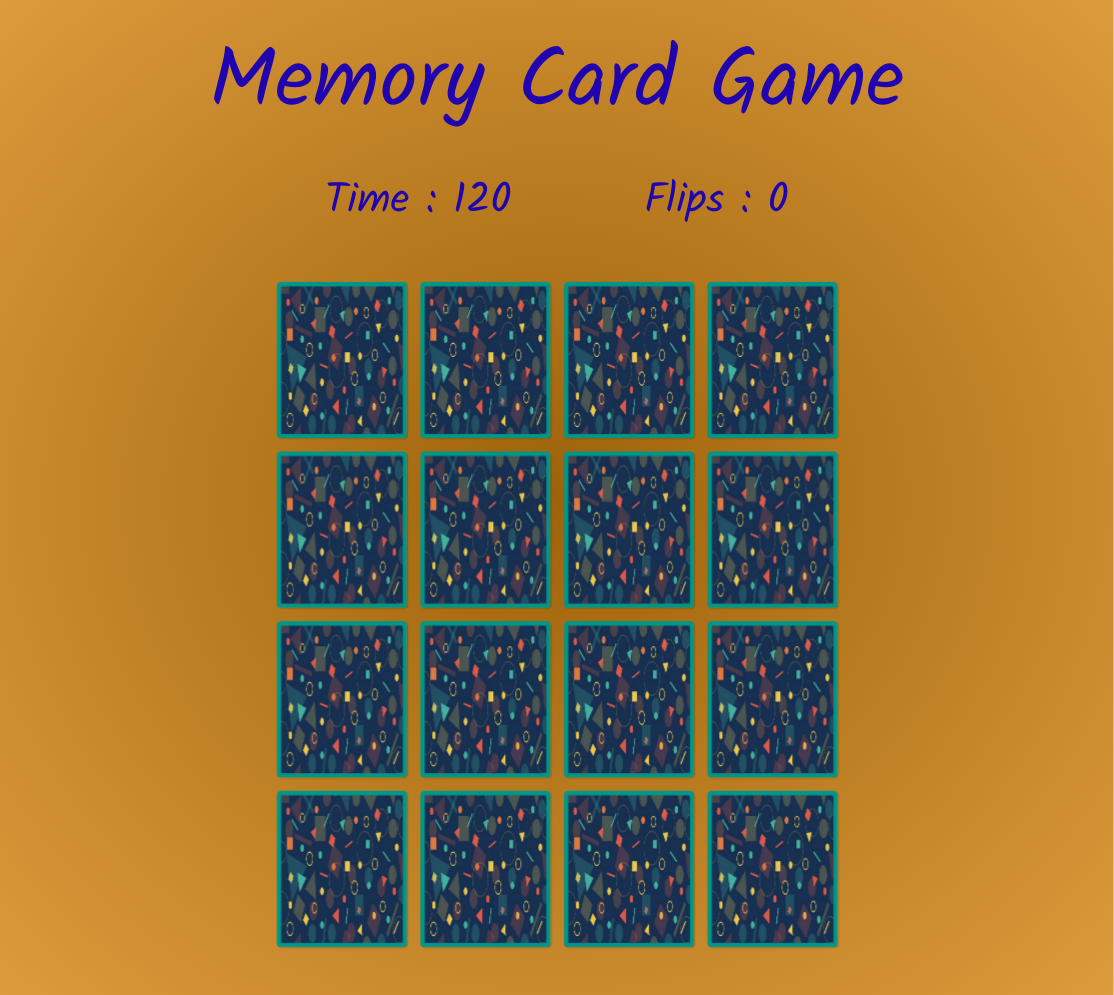
Repository: claudiadanaila1/Project-2--Interactive-FrontEnd---Memory-game
Page: index.html
The author's editor kept a record of every edit. The page is drawn from the files as they stood at one moment, then again after the next edit.
The browser window is 1280 px wide. The pictures show the whole page, at 87% of full size.

Above is the page before.

### index.html
<!DOCTYPE html>
<html lang="en">
<head>
    <meta charset="UTF-8">
    <meta name="viewport" content="width=device-width, initial-scale=1.0">
    <meta http-equiv="X-UA-Compatible" content="ie=edge">
    <link rel="stylesheet" href="css/style.css" type="text/css" />
    <title>Memory Card Game</title>
</head>
<body>
    <h1 class="title">Memory Card Game</h1>

    <div class="text-game ">Click to Start</div>
    <div class="text-game" id="game-over-text">Game Over
    <span class="text-game-restart">Click to Restart</span>
    </div>
    <div class ="text-game" id="victory-text">Congratulations you are a winner!
    <span class="text-game-restart">Click to Restart</span>
    </div>

    <div class="game-info-container">
      <div class="game-info">
        Time : <span id="time-remaining">120</span>
      </div>
      <div class="game-info">
        Flips : <span id="flips">0</span>
      </div>
    </div>

  <section class="memory-game-container">
      <div class="memory-card" data-card="jelly1">
          <img class="card-front" src="assets/images/jelly1.jpg" alt="jelly-fish"/>
          <img class="card-back"  src="assets/images/background1.jpg" alt="pattern" />
      </div>
      <div class="memory-card" data-card="jelly1">
          <img class="card-front" src="assets/images/jelly1.jpg" alt="jelly-fish"/>
          <img class="card-back"  src="assets/images/background1.jpg" alt="pattern" />
      </div>
      <div class="memory-card" data-card="jelly2">
          <img class="card-front" src="assets/images/jelly2.jpg" alt="jelly-fish"/>
          <img class="card-back"  src="assets/images/background1.jpg" alt="pattern" />
      </div>
      <div class="memory-card" data-card="jelly2">
          <img class="card-front" src="assets/images/jelly2.jpg" alt="jelly-fish"/>
          <img class="card-back"  src="assets/images/background1.jpg" alt="pattern" />
      </div>
      <div class="memory-card" data-card="jelly3">
          <img class="card-front" src="assets/images/jelly3.jpg" alt="jelly-fish"/>
          <img class="card-back"  src="assets/images/background1.jpg" alt="pattern" />
      </div>
      <div class="memory-card" data-card="jelly3">
          <img class="card-front" src="assets/images/jelly3.jpg" alt="jelly-fish"/>
          <img class="card-back"  src="assets/images/background1.jpg" alt="pattern" />
      </div>
      <div class="memory-card" data-card="jelly4">
          <img class="card-front" src="assets/images/jelly4.jpg" alt="jelly-fish"/>
          <img class="card-back"  src="assets/images/background1.jpg" alt="pattern" />
      </div>
      <div class="memory-card" data-card="jelly4">
          <img class="card-front" src="assets/images/jelly4.jpg" alt="jelly-fish"/>
          <img class="card-back"  src="assets/images/background1.jpg" alt="pattern" />
      </div>
      <div class="memory-card" data-card="jelly5">
          <img class="card-front" src="assets/images/jelly5.jpg" alt="jelly-fish"/>
          <img class="card-back"  src="assets/images/background1.jpg" alt="pattern" />
      </div>
      <div class="memory-card" data-card="jelly5">
          <img class="card-front" src="assets/images/jelly5.jpg" alt="jelly-fish"/>
          <img class="card-back"  src="assets/images/background1.jpg" alt="pattern" />
      </div>
      <div class="memory-card" data-card="jelly6">
          <img class="card-front" src="assets/images/jelly6.jpg" alt="jelly-fish"/>
          <img class="card-back"  src="assets/images/background1.jpg" alt="pattern" />
      </div>
      <div class="memory-card" data-card="jelly6">
          <img class="card-front" src="assets/images/jelly6.jpg" alt="jelly-fish"/>
          <img class="card-back"  src="assets/images/background1.jpg" alt="pattern" />
      </div>
      <div class="memory-card" data-card="jelly7">
          <img class="card-front" src="assets/images/jelly7.jpg" alt="jelly-fish"/>
          <img class="card-back "  src="assets/images/background1.jpg" alt="lock" />
      </div>
       <div class="memory-card">
          <img class="card-front" src="assets/images/jelly7.jpg" alt="jelly-fish"/>
          <img class="card-back"  src="assets/images/background1.jpg" alt="lock" />
      </div>
      <div class="memory-card">
          <img class="card-front" src="assets/images/jelly8.jpg" alt="jelly-fish"/>
          <img class="card-back"  src="assets/images/background1.jpg" alt="lock" />
      </div>
      <div class="memory-card">
          <img class="card-front" src="assets/images/jelly8.jpg" alt="jelly-fish"/>
          <img class="card-back"  src="assets/images/background1.jpg" alt="lock" />
      </div>

  </section>
  <script type="text/javascript" src="script.js"></script>
</body>
</html>

### css/style.css

@import url('https://fonts.googleapis.com/css?family=Kalam&display=swap');


* {
    padding: 0;
    margin: 0;
    box-sizing: border-box;
}

html {
   min-height: 100vh;
    display: flex;
    background:radial-gradient(#9e620a, #dc9b3c);
}

body{
    margin:auto;
    justify-content:center;
}

/* title and game info container */

.title {
    font-family:"Kalam", sans-serif;
    font-size: 6em;
    text-align: center;
    font-weight: normal;
    color:#1f04af;
    margin:20px;
}

/*.instructions {
    font-family:"Kalam", sans-serif;
    font-size:2em;
    text-align: center;
    color:black;
    margin:50px;
}*/

.game-info-container {
    grid-column: 1/-1;
    justify-content:space-evenly;
    display: flex;
    margin-bottom:10px;
}

.game-info {
    font-family: "Kalam", sans-serif;
    font-size:3em;
    color:#1f04af;
}

/* styles for the memory game container and cards */


.memory-game-container {
 display:grid;
  grid-template-columns: repeat(4, auto);
  grid-gap: 5px;
  margin: 50px;
  justify-content: center;
  perspective: 1000px;
}

.memory-card {
  width: 150px;
  height: 180px;
  margin: 5px;
  position: relative;
  transform: scale(1);
  transform-style: preserve-3d;
  transition: transform .5s;
  border-radius:5px;
  box-shadow: 1px 1px 1px rgba(0,0,0,.2);
}

.memory-card:active {
  transform: scale(0.96);
  transition: transform .3s ease-in;
}

.memory-card.flip {
  transform: rotateY(180deg);
}

.card-front,
.card-back {
  width: 100%;
  height: 100%;
  padding: 5px;
  position: absolute;
  border-radius: 5px;
  background: #009688;;
  backface-visibility: hidden;
}

.card-front {
  transform: rotateY(180deg);
}


/* game text for start, victory and game over */

.text-game {
    font-family: "Kalam", sans-serif;
    color:#0cb5dc;
    position:fixed;
    top:0;
    bottom:0;
    right:0;
    left:0;
    align-items:center;
    justify-content:center;
    z-index: 100;
    display:none;
}

.text-game-restart {
    font-size:1em;
}

.text-game.visible {
    display:flex;
    flex-direction:column;
    animation:text-grow 500ms forwards;
}

@keyframes text-grow {
    from {
    background-color: rgba(0, 0, 0, 0);
    font-size: 0;
  }
  to {
    background-color: rgba(0, 0, 0, .8);
    font-size: 7em;
  }
}


/*media queries game info and memory game containers */

@media (max-width: 600px){
.memory-game-container {
     grid-template-columns: repeat(2, auto);
}
.game-info-container {
    flex-direction: column;
    align-items: center;
  }
}

### script.js
// the Match Game function which contains all functionality of the game
class MatchGame {
    constructor (cards, totalTime){
        this.cardsArray = cards;
        this.totalTime = totalTime;
        this.timeRemaining = totalTime;
        this.timer = document.getElementById('time-remaining');
        this.ticker = document.getElementById('flips');
    }
    // start game function initiate the game
    startGame(){
        this.cardToCheck = null;
        this.totalClicks = 0;
        this.timeRemaining = this.totalTime;
        this.matchedCards = [];
        this.busy = true;
        setTimeout(function ()  {
            this.shuffle();
            this.countDown = this.startCountDown();
            this.busy = false;
        }, 500);
        this.hideCards();
        this.timer.innerText = this.timeRemaining;
        this.ticker.innerText = this.totalClicks;
    }
    // hide the cards when they are not clicked

   hideCards() {
        this.cardsArray.forEach(card => {
           card.classList.remove('flip');
       });
    }

 // flip card function
  flipCard(card) {
      if(this.canFlipCard(card)) {
            this.totalClicks++;
            this.ticker.innerText = this.totalClicks;
            card.classList.add('flip');

            if(this.cardToCheck)
                this.checkForCardMatch(card);
            else
                this.cardToCheck = card;

        }
  }

   //
  checkForCardMatch(card) {
        if(this.getAttribute('data-card') === this.getAttribute(this.cardToCheck)){
            this.cardMatch(card, this.cardToCheck);
       } else {
            this.disableCards(card, this.cardToCheck);
}
        this.cardToCheck = null;
    }

    // card match pushes matched cards to an array

    cardMatch(card1, card2) {
        this.matchedCards.push(card1);
        this.matchedCards.push(card2);
        if(this.matchedCards.length === this.cardsArray.length)
        this.victory();
    }

    // disable cards when they are not a match
    disableCards(card1, card2) {
        this.busy = true;
        setTimeout(() => {
            card1.classList.remove('flip');
            card2.classList.remove('flip');
            this.busy = false;
        }, 1000);
    }
    startCountDown() {
        return setInterval(() => {
            this.timeRemaining--;
            this.timer.innerText = this.timeRemaining;
            if(this.timeRemaining === 0)
                this.gameOver();
        }, 1000);
    }
    gameOver() {
        clearInterval(this.countDown);
        document.getElementById('game-over-text').classList.add('visible');
    }
    victory() {
        clearInterval(this.countDown);
        document.getElementById('victory-text').classList.add('visible');
    }

    shuffle () {
        for(let i = this.cardsArray.length - 1; i > 0; i--) {
            let randIndex = Math.floor(Math.random() * (i+1));
            this.cardsArray[randIndex].style.order = i;
            this.cardsArray[i].style.order = randIndex;
        }
    }

    canFlipCard(card) {
        return !this.busy && !this.matchedCards.includes(card) && card !== this.cardToCheck;
    }


}



function ready() {
    let textGame = Array.from(document.getElementsByClassName('text-game'));
    let cards = Array.from(document.getElementsByClassName('memory-card'));
    let game = new MatchGame(100, cards);

    textGame.forEach( function(textGame) {
        textGame.addEventListener('click', function () {
            textGame.classList.remove('visible');
            game.startGame();
        });
    });
    cards.forEach(function (card) {
    card.addEventListener('click', function () {
        game.flipCard(card);
    });
});
}

if(document.readyState === 'loading') {
    document.addEventListener('DOMContentLoaded', ready());
} else {
    ready();
}

After the next edit:
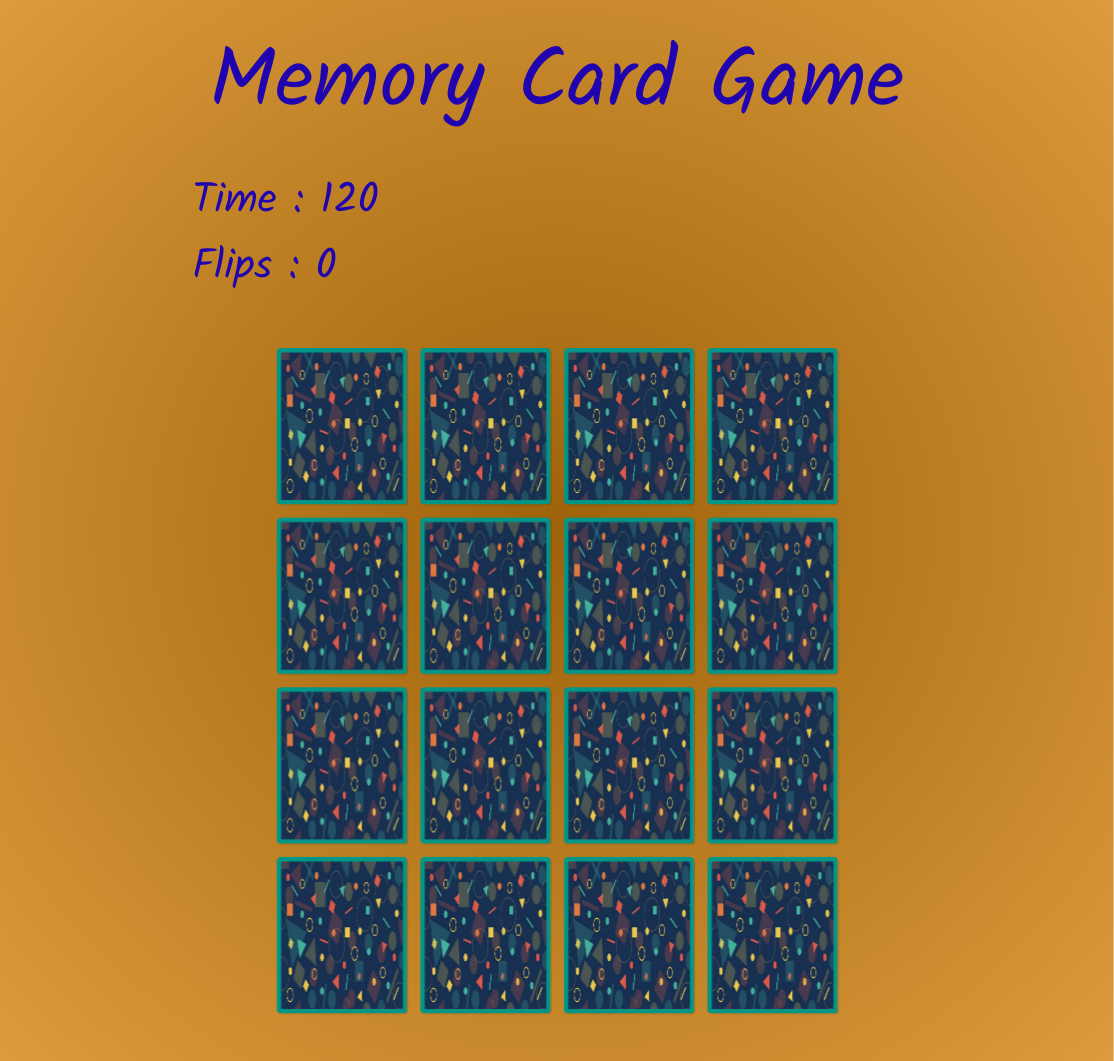
The edit:
--- a/css/style.css
+++ b/css/style.css
@@ -30,7 +30,7 @@
     margin:20px;
 }
 
-/*.instructions {
+.sub-title{
     font-family:"Kalam", sans-serif;
     font-size:2em;
     text-align: center;

After the edit that followed:
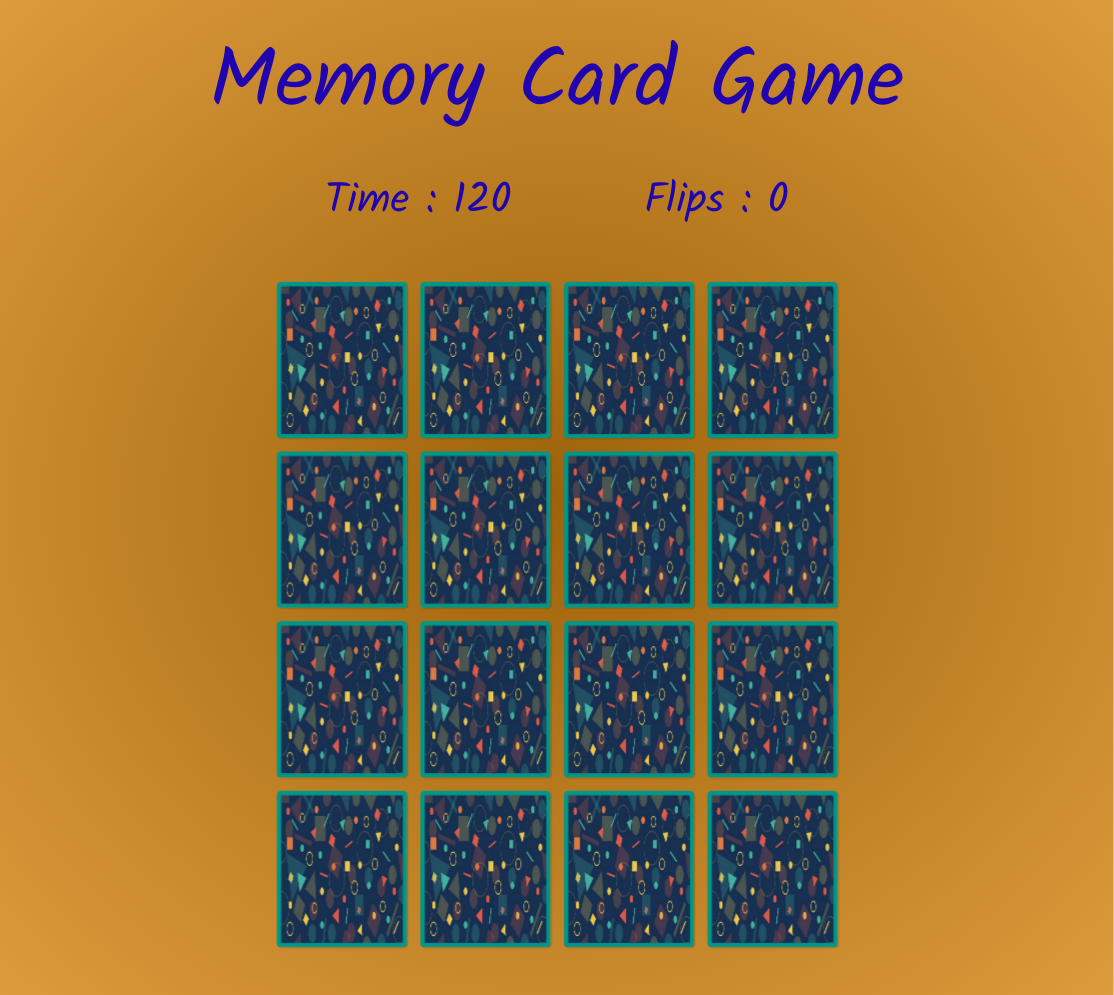
The edit:
--- a/css/style.css
+++ b/css/style.css
@@ -36,7 +36,7 @@
     text-align: center;
     color:black;
     margin:50px;
-}*/
+}
 
 .game-info-container {
     grid-column: 1/-1;
